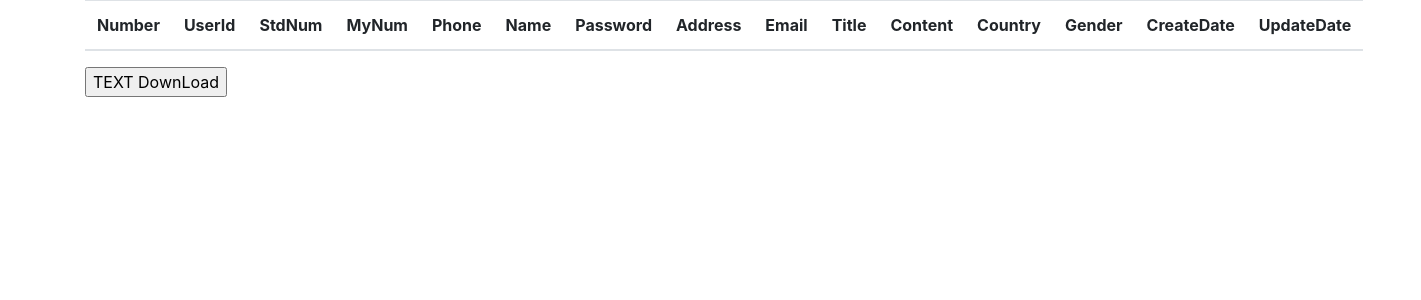
Repository: ken1087/practice
Page: http://localhost/pratice/WEB-INF/views/view.jsp
These files come from the project's save history. The page is drawn as it stood at one moment and after the next save; the edit follows.
The browser window is 1280 px wide. The page is 1363 px wide, then 1421 px, then 1363 px, so the pictures cover 1421 px, including what lies to the right of the window. The pictures show the whole page.
The page is served by Tomcat 9. Nobody is signed in. Other server files are loaded and not shown. The template is opened directly, without the code that normally fills it, so the values that code supplies are empty.

Above is the page before, as saved 2019-09-12 04:33:10.

### pratice/src/main/webapp/WEB-INF/views/view.jsp
<%@ page language="java" contentType="text/html; charset=UTF-8"
    pageEncoding="UTF-8"%>
<%@ taglib prefix="c" uri="http://java.sun.com/jsp/jstl/core" %>
<!DOCTYPE html>
<html>
<head>
<meta charset="UTF-8">
<title>kang homework</title>
<link rel="stylesheet" href="https://maxcdn.bootstrapcdn.com/bootstrap/4.3.1/css/bootstrap.min.css">
<script src="https://ajax.googleapis.com/ajax/libs/jquery/3.4.1/jquery.min.js"></script>
<script src="https://cdnjs.cloudflare.com/ajax/libs/popper.js/1.14.7/umd/popper.min.js"></script>
<script src="https://maxcdn.bootstrapcdn.com/bootstrap/4.3.1/js/bootstrap.min.js"></script>
</head>
<body>
	<div class="container">
		<table id="download_table" class="table">
            <thead>
                <tr>
                	<!--Primary　Keyの項目5個  -->
                    <th>Number</th>
                    <th>UserId</th>
                    <th>StdNum</th>
                    <th>MyNum</th>
                    <th>Phone</th>
					<th>Name</th><!--項目10個追加表示  -->
					<th>Password</th>
					<th>Address</th>
					<th>Email</th>
					<th>Title</th>
					<th>Content</th>
                    <th>Country</th>
                    <th>Gender</th>
                    <th>CreateDate</th>
                    <th>UpdateDate</th>
                </tr>
            </thead>
            <tbody>
            	<c:forEach var="item" items="${user}">	<!-- 		Modelに格納したデータ（users） 		-->
            		<tr>
            			<!--Primary　Keyの項目5個  -->
                   		<td>${item.num}</td>
                   		<td>${item.userid}</td>
                   		<td>${item.stdnum}</td>
                   		<td>${item.mynum}</td>
                   		<td>${item.phone}</td>
                   		<!--項目10個  -->
                   		<td>${item.name}</td>
                   		<td>${item.password}</td>
                   		<td>${item.addr}</td>
                   		<td>${item.email}</td>
                   		<td>${item.title}</td>
                   		<td>${item.content}</td>
                   		<td>${item.country}</td>
                   		<td>${item.gender}</td>
                   		<td>${item.createDate}</td>
                   		<td>${item.updateDate}</td>
                	</tr>
            	</c:forEach>
            </tbody>
        </table>
        <div>
            <input type="button" id="download" value="TEXT DownLoad">
        </div>

	</div>
<script> //CSV FILE Download
    function download_csv(csv, filename) {
        var csvFile;
        var downloadLink;

        // CSV FILE
        csvFile = new Blob([csv], {type: "text/csv"});	//データ保存するBlob関数に配列とTypeを入力

        // Download link
        downloadLink 						= document.createElement("a");	//	a domを作成

        // File name
        downloadLink.download 		= filename;	//filenameを付ける

        // We have to create a link to the file
        downloadLink.href 				= window.URL.createObjectURL(csvFile);	//作成したa domにlinkを付ける

        // Make sure that the link is not displayed
        downloadLink.style.display 	= "none";	// 作成したa linkを見えないようにする

        // Lanzamos
        downloadLink.click();	//自動にClickする
    }

    function export_table_to_csv(html, filename) {
    	var csv = [];	//配列宣言
    	var rows = document.querySelectorAll("#download_table tr");	//Tableのtrを全部探す

        for (var i = 0; i < rows.length; i++) {	//trの数でfor文を利用する
    		var row = [], cols = rows[i].querySelectorAll("td, th");	//cols = tr[i]の中にあるtd or thを全部探す

            for (var j = 0; j < cols.length; j++)
                row.push(cols[j].innerText);	//row配列にcolsのTextを挿入

    		csv.push(row.join(","));	//csv配列に一つにした値を渡す
    	}

        // Download CSV
        download_csv(csv.join("\n"), filename);	//download_csvの関数にcsvとファイル名を渡す
    }

    document.querySelector("#download").addEventListener("click", function () {	//　downloadと書いてあるIdをClickすると
        var html = document.querySelector("#download_table").outerHTML;	//download_tableというClassの値を探す
    	export_table_to_csv(html, "table.csv");	//	tableと保存するファイル名を関数export_table_to_csvに渡す
    });
</script>
</body>
</html>

After the next save:
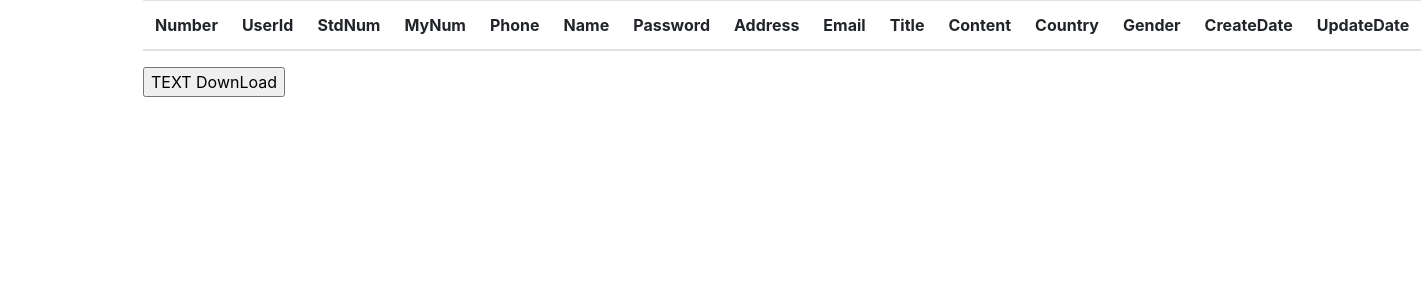
Saved 2 min 45 s later.
--- a/pratice/src/main/webapp/WEB-INF/views/view.jsp
+++ b/pratice/src/main/webapp/WEB-INF/views/view.jsp
@@ -12,7 +12,7 @@
 <script src="https://maxcdn.bootstrapcdn.com/bootstrap/4.3.1/js/bootstrap.min.js"></script>
 </head>
 <body>
-	<div class="container">
+	<div class="container" style="width:80%">
 		<table id="download_table" class="table">
             <thead>
                 <tr>

After the save that followed:
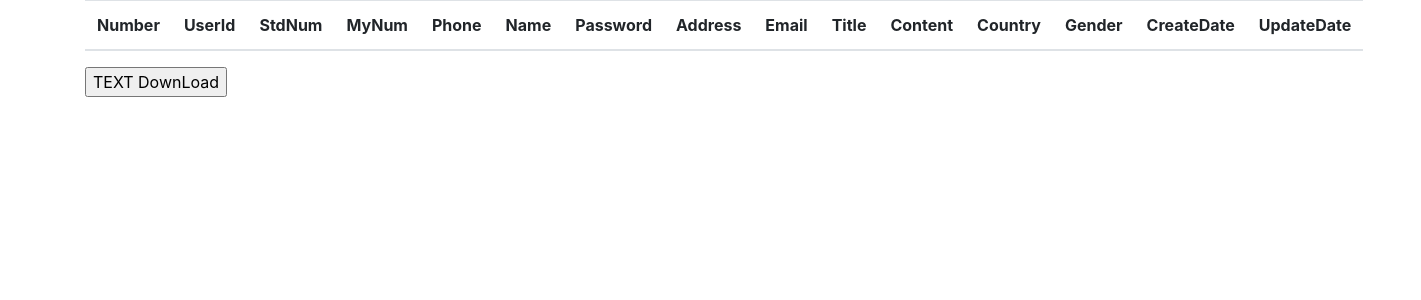
Saved 99 s later.
--- a/pratice/src/main/webapp/WEB-INF/views/view.jsp
+++ b/pratice/src/main/webapp/WEB-INF/views/view.jsp
@@ -10,9 +10,14 @@
 <script src="https://ajax.googleapis.com/ajax/libs/jquery/3.4.1/jquery.min.js"></script>
 <script src="https://cdnjs.cloudflare.com/ajax/libs/popper.js/1.14.7/umd/popper.min.js"></script>
 <script src="https://maxcdn.bootstrapcdn.com/bootstrap/4.3.1/js/bootstrap.min.js"></script>
+<style>
+	.container{
+		width:90%;
+	}
+</style>
 </head>
 <body>
-	<div class="container" style="width:80%">
+	<div class="container">
 		<table id="download_table" class="table">
             <thead>
                 <tr>
